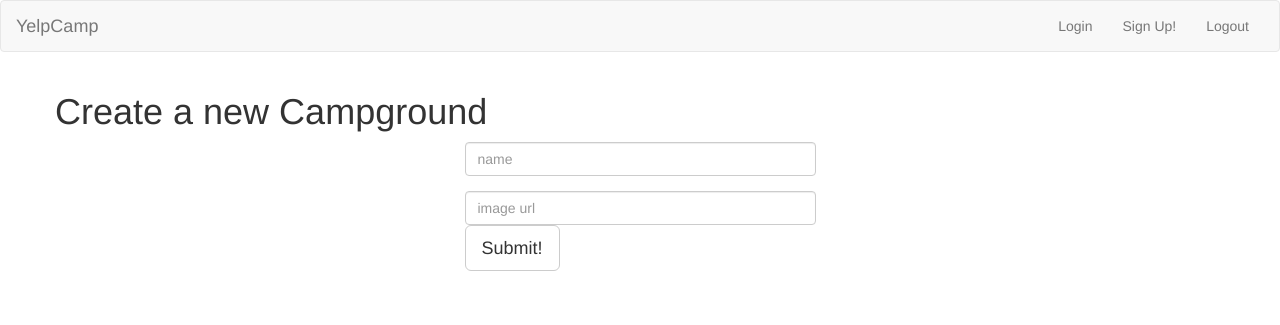
Repository: karanagg262/The-Web-Development-Bootcamp
Page: http://localhost/campgrounds/new
The author's editor kept a record of every edit. The page is drawn from the files as they stood at one moment, then again after the next edit.
The browser window is 1280 px wide. The pictures show the whole page.
The page is served by the project's Node server (yelpcamp/v1/app.js).

Above is the page before.

After the next edit:
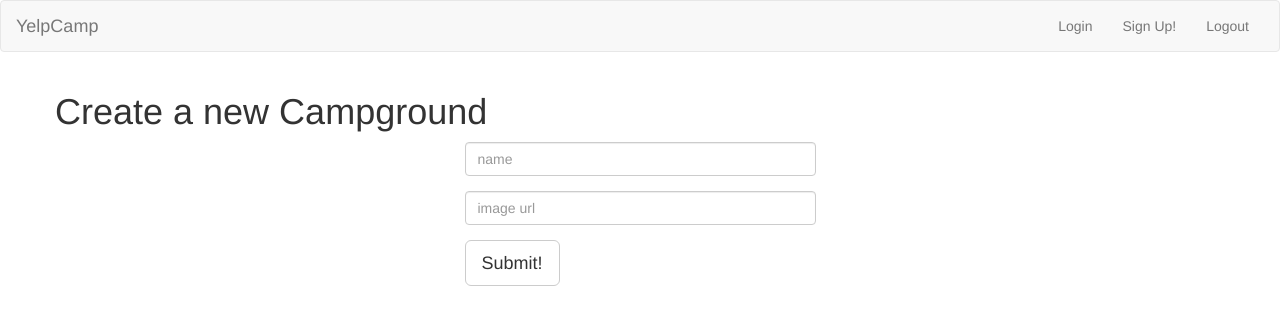
The edit:
--- a/Backend and full scale projects/yelpcamp/v1/views/new.ejs
+++ b/Backend and full scale projects/yelpcamp/v1/views/new.ejs
@@ -7,8 +7,10 @@
             <div class="form-group">
                 <input class="form-control" type="text" name="name" placeholder="name">
             </div>
-
-            <input class="form-control" type="text" name="image" placeholder="image url">
+            <div class="form-group">
+                <input class="form-control" type="text" name="image" placeholder="image url">
+            </div>
+            <div class="form-group">
             <button class="btn btn-lg btn-default">Submit!</button>
         </div>
 
